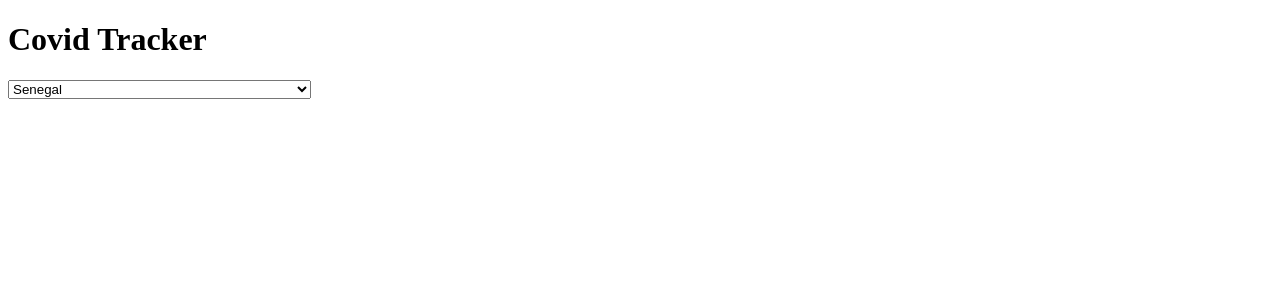
Repository: isopets/react-corona-tracker-app
Page: /
An editor plug-in stored every save of this project. The page is shown before and after a run of saves, followed by the edit.
The browser window is 1280 px wide. The pictures show the whole page.
The project was rebuilt for these pictures with package versions that can differ from the ones it lists, and the page was loaded fresh each time. Also part of the build but not shown: src/App.css.

Above is the page before, as saved 2022-06-16 22:26:26.

### src/App.js
import "./App.css";
import TopPage from "./pages/TopPage";

function App() {
  return (
    <div>
      <TopPage />
    </div>
  );
}

export default App;

### src/pages/TopPage.js
import Title from "../components/Title";
import Selector from "../components/Selector";
const TopPage = () => {
  return (
    <div>
      <Title />
      <Selector />
    </div>
  );
};

export default TopPage;

### src/components/Title.js
const Title = () => {
  return <div><h1>Covid Tracker</h1> </div>;
};

export default Title;

### src/components/Selector.js
import countriesJson from "../countries.json";
const Selector = () => {
  return (
    <div>
      <select>
        {countriesJson.map((country, index) => (
          <option>{country.Country}</option>
        ))}
      </select>
    </div>
  );
};

export default Selector;

### src/countries.json
[{
        "Country": "Senegal",
        "Slug": "senegal",
        "ISO2": "SN"
    },
    {
        "Country": "United States of America",
        "Slug": "united-states",
        "ISO2": "US"
    },
    {
        "Country": "Antigua and Barbuda",
        "Slug": "antigua-and-barbuda",
        "ISO2": "AG"
    },
    {
        "Country": "Greece",
        "Slug": "greece",
        "ISO2": "GR"
    },
    {
        "Country": "Myanmar",
        "Slug": "myanmar",
        "ISO2": "MM"
    },
    {
        "Country": "Angola",
        "Slug": "angola",
        "ISO2": "AO"
    },
    {
        "Country": "British Virgin Islands",
        "Slug": "british-virgin-islands",
        "ISO2": "VG"
    },
    {
        "Country": "Japan",
        "Slug": "japan",
        "ISO2": "JP"
    },
    {
        "Country": "Liechtenstein",
        "Slug": "liechtenstein",
        "ISO2": "LI"
    },
    {
        "Country": "Nigeria",
        "Slug": "nigeria",
        "ISO2": "NG"
    },
    {
        "Country": "Rwanda",
        "Slug": "rwanda",
        "ISO2": "RW"
    },
    {
        "Country": "Vanuatu",
        "Slug": "vanuatu",
        "ISO2": "VU"
    },
    {
        "Country": "Mali",
        "Slug": "mali",
        "ISO2": "ML"
    },
    {
        "Country": "Nauru",
        "Slug": "nauru",
        "ISO2": "NR"
    },
    {
        "Country": "Brazil",
        "Slug": "brazil",
        "ISO2": "BR"
    },
    {
        "Country": "Chile",
        "Slug": "chile",
        "ISO2": "CL"
    },
    {
        "Country": "Cocos (Keeling) Islands",
        "Slug": "cocos-keeling-islands",
        "ISO2": "CC"
    },
    {
        "Country": "Grenada",
        "Slug": "grenada",
        "ISO2": "GD"
    },
    {
        "Country": "Slovenia",
        "Slug": "slovenia",
        "ISO2": "SI"
    },
    {
        "Country": "Virgin Islands, US",
        "Slug": "virgin-islands",
        "ISO2": "VI"
    },
    {
        "Country": "Belize",
        "Slug": "belize",
        "ISO2": "BZ"
    },
    {
        "Country": "Comoros",
        "Slug": "comoros",
        "ISO2": "KM"
    },
    {
        "Country": "Estonia",
        "Slug": "estonia",
        "ISO2": "EE"
    },
    {
        "Country": "Singapore",
        "Slug": "singapore",
        "ISO2": "SG"
    },
    {
        "Country": "Barbados",
        "Slug": "barbados",
        "ISO2": "BB"
    },
    {
        "Country": "Namibia",
        "Slug": "namibia",
        "ISO2": "NA"
    },
    {
        "Country": "Tunisia",
        "Slug": "tunisia",
        "ISO2": "TN"
    },
    {
        "Country": "Central African Republic",
        "Slug": "central-african-republic",
        "ISO2": "CF"
    },
    {
        "Country": "Costa Rica",
        "Slug": "costa-rica",
        "ISO2": "CR"
    },
    {
        "Country": "Jersey",
        "Slug": "jersey",
        "ISO2": "JE"
    },
    {
        "Country": "Romania",
        "Slug": "romania",
        "ISO2": "RO"
    },
    {
        "Country": "Western Sahara",
        "Slug": "western-sahara",
        "ISO2": "EH"
    },
    {
        "Country": "Cameroon",
        "Slug": "cameroon",
        "ISO2": "CM"
    },
    {
        "Country": "Tonga",
        "Slug": "tonga",
        "ISO2": "TO"
    },
    {
        "Country": "American Samoa",
        "Slug": "american-samoa",
        "ISO2": "AS"
    },
    {
        "Country": "Colombia",
        "Slug": "colombia",
        "ISO2": "CO"
    },
    {
        "Country": "Mayotte",
        "Slug": "mayotte",
        "ISO2": "YT"
    },
    {
        "Country": "Uzbekistan",
        "Slug": "uzbekistan",
        "ISO2": "UZ"
    },
    {
        "Country": "Eritrea",
        "Slug": "eritrea",
        "ISO2": "ER"
    },
    {
        "Country": "Mongolia",
        "Slug": "mongolia",
        "ISO2": "MN"
    },
    {
        "Country": "New Caledonia",
        "Slug": "new-caledonia",
        "ISO2": "NC"
    },
    {
        "Country": "Zambia",
        "Slug": "zambia",
        "ISO2": "ZM"
    },
    {
        "Country": "Mexico",
        "Slug": "mexico",
        "ISO2": "MX"
    },
    {
        "Country": "Papua New Guinea",
        "Slug": "papua-new-guinea",
        "ISO2": "PG"
    },
    {
        "Country": "Liberia",
        "Slug": "liberia",
        "ISO2": "LR"
    },
    {
        "Country": "Malaysia",
        "Slug": "malaysia",
        "ISO2": "MY"
    },
    {
        "Country": "Niger",
        "Slug": "niger",
        "ISO2": "NE"
    },
    {
        "Country": "India",
        "Slug": "india",
        "ISO2": "IN"
    },
    {
        "Country": "Guinea",
        "Slug": "guinea",
        "ISO2": "GN"
    },
    {
        "Country": "Malawi",
        "Slug": "malawi",
        "ISO2": "MW"
    },
    {
        "Country": "Maldives",
        "Slug": "maldives",
        "ISO2": "MV"
    },
    {
        "Country": "Uganda",
        "Slug": "uganda",
        "ISO2": "UG"
    },
    {
        "Country": "Dominican Republic",
        "Slug": "dominican-republic",
        "ISO2": "DO"
    },
    {
        "Country": "French Polynesia",
        "Slug": "french-polynesia",
        "ISO2": "PF"
    },
    {
        "Country": "Gabon",
        "Slug": "gabon",
        "ISO2": "GA"
    },
    {
        "Country": "Martinique",
        "Slug": "martinique",
        "ISO2": "MQ"
    },
    {
        "Country": "Niue",
        "Slug": "niue",
        "ISO2": "NU"
    },
    {
        "Country": "San Marino",
        "Slug": "san-marino",
        "ISO2": "SM"
    },
    {
        "Country": "Burkina Faso",
        "Slug": "burkina-faso",
        "ISO2": "BF"
    },
    {
        "Country": "Cape Verde",
        "Slug": "cape-verde",
        "ISO2": "CV"
    },
    {
        "Country": "Guyana",
        "Slug": "guyana",
        "ISO2": "GY"
    },
    {
        "Country": "Kiribati",
        "Slug": "kiribati",
        "ISO2": "KI"
    },
    {
        "Country": "Libya",
        "Slug": "libya",
        "ISO2": "LY"
    },
    {
        "Country": "Mauritius",
        "Slug": "mauritius",
        "ISO2": "MU"
    },
    {
        "Country": "Saint Pierre and Miquelon",
        "Slug": "saint-pierre-and-miquelon",
        "ISO2": "PM"
    },
    {
        "Country": "Belgium",
        "Slug": "belgium",
        "ISO2": "BE"
    },
    {
        "Country": "Thailand",
        "Slug": "thailand",
        "ISO2": "TH"
    },
    {
        "Country": "Dominica",
        "Slug": "dominica",
        "ISO2": "DM"
    },
    {
        "Country": "Netherlands",
        "Slug": "netherlands",
        "ISO2": "NL"
    },
    {
        "Country": "Republic of Kosovo",
        "Slug": "kosovo",
        "ISO2": "XK"
    },
    {
        "Country": "Brunei Darussalam",
        "Slug": "brunei",
        "ISO2": "BN"
    },
    {
        "Country": "Algeria",
        "Slug": "algeria",
        "ISO2": "DZ"
    },
    {
        "Country": "Anguilla",
        "Slug": "anguilla",
        "ISO2": "AI"
    },
    {
        "Country": "Croatia",
        "Slug": "croatia",
        "ISO2": "HR"
    },
    {
        "Country": "Faroe Islands",
        "Slug": "faroe-islands",
        "ISO2": "FO"
    },
    {
        "Country": "Saint Helena",
        "Slug": "saint-helena",
        "ISO2": "SH"
    },
    {
        "Country": "Saint Kitts and Nevis",
        "Slug": "saint-kitts-and-nevis",
        "ISO2": "KN"
    },
    {
        "Country": "Serbia",
        "Slug": "serbia",
        "ISO2": "RS"
    },
    {
        "Country": "Egypt",
        "Slug": "egypt",
        "ISO2": "EG"
    },
    {
        "Country": "Israel",
        "Slug": "israel",
        "ISO2": "IL"
    },
    {
        "Country": "Uruguay",
        "Slug": "uruguay",
        "ISO2": "UY"
    },
    {
        "Country": "British Indian Ocean Territory",
        "Slug": "british-indian-ocean-territory",
        "ISO2": "IO"
    },
    {
        "Country": "Isle of Man",
        "Slug": "isle-of-man",
        "ISO2": "IM"
    },
    {
        "Country": "Korea (North)",
        "Slug": "korea-north",
        "ISO2": "KP"
    },
    {
        "Country": "Macedonia, Republic of",
        "Slug": "macedonia",
        "ISO2": "MK"
    },
    {
        "Country": "Marshall Islands",
        "Slug": "marshall-islands",
        "ISO2": "MH"
    },
    {
        "Country": "Slovakia",
        "Slug": "slovakia",
        "ISO2": "SK"
    },
    {
        "Country": "South Africa",
        "Slug": "south-africa",
        "ISO2": "ZA"
    },
    {
        "Country": "Turkey",
        "Slug": "turkey",
        "ISO2": "TR"
    },
    {
        "Country": "Spain",
        "Slug": "spain",
        "ISO2": "ES"
    },
    {
        "Country": "Sweden",
        "Slug": "sweden",
        "ISO2": "SE"
    },
    {
        "Country": "Switzerland",
        "Slug": "switzerland",
        "ISO2": "CH"
    },
    {
        "Country": "Cayman Islands",
        "Slug": "cayman-islands",
        "ISO2": "KY"
    },
    {
        "Country": "Hong Kong, SAR China",
        "Slug": "hong-kong-sar-china",
        "ISO2": "HK"
    },
    {
        "Country": "Bangladesh",
        "Slug": "bangladesh",
        "ISO2": "BD"
    },
    {
        "Country": "Lebanon",
        "Slug": "lebanon",
        "ISO2": "LB"
    },
    {
        "Country": "Saint Lucia",
        "Slug": "saint-lucia",
        "ISO2": "LC"
    },
    {
        "Country": "Saint Vincent and Grenadines",
        "Slug": "saint-vincent-and-the-grenadines",
        "ISO2": "VC"
    },
    {
        "Country": "Solomon Islands",
        "Slug": "solomon-islands",
        "ISO2": "SB"
    },
    {
        "Country": "Afghanistan",
        "Slug": "afghanistan",
        "ISO2": "AF"
    },
    {
        "Country": "Georgia",
        "Slug": "georgia",
        "ISO2": "GE"
    },
    {
        "Country": "Jamaica",
        "Slug": "jamaica",
        "ISO2": "JM"
    },
    {
        "Country": "Antarctica",
        "Slug": "antarctica",
        "ISO2": "AQ"
    },
    {
        "Country": "Denmark",
        "Slug": "denmark",
        "ISO2": "DK"
    },
    {
        "Country": "Ecuador",
        "Slug": "ecuador",
        "ISO2": "EC"
    },
    {
        "Country": "Sri Lanka",
        "Slug": "sri-lanka",
        "ISO2": "LK"
    },
    {
        "Country": "Guam",
        "Slug": "guam",
        "ISO2": "GU"
    },
    {
        "Country": "Saint-Barthélemy",
        "Slug": "saint-barthélemy",
        "ISO2": "BL"
    },
    {
        "Country": "ALA Aland Islands",
        "Slug": "ala-aland-islands",
        "ISO2": "AX"
    },
    {
        "Country": "Czech Republic",
        "Slug": "czech-republic",
        "ISO2": "CZ"
    },
    {
        "Country": "Lithuania",
        "Slug": "lithuania",
        "ISO2": "LT"
    },
    {
        "Country": "Tuvalu",
        "Slug": "tuvalu",
        "ISO2": "TV"
    },
    {
        "Country": "Azerbaijan",
        "Slug": "azerbaijan",
        "ISO2": "AZ"
    },
    {
        "Country": "Luxembourg",
        "Slug": "luxembourg",
        "ISO2": "LU"
    },
    {
        "Country": "Ethiopia",
        "Slug": "ethiopia",
        "ISO2": "ET"
    },
    {
        "Country": "Armenia",
        "Slug": "armenia",
        "ISO2": "AM"
    },
    {
        "Country": "Bahamas",
        "Slug": "bahamas",
        "ISO2": "BS"
    },
    {
        "Country": "Germany",
        "Slug": "germany",
        "ISO2": "DE"
    },
    {
        "Country": "Malta",
        "Slug": "malta",
        "ISO2": "MT"
    },
    {
        "Country": "Argentina",
        "Slug": "argentina",
        "ISO2": "AR"
    },
    {
        "Country": "Bhutan",
        "Slug": "bhutan",
        "ISO2": "BT"
    },
    {
        "Country": "Cuba",
        "Slug": "cuba",
        "ISO2": "CU"
    },
    {
        "Country": "Kuwait",
        "Slug": "kuwait",
        "ISO2": "KW"
    },
    {
        "Country": "Latvia",
        "Slug": "latvia",
        "ISO2": "LV"
    },
    {
        "Country": "Peru",
        "Slug": "peru",
        "ISO2": "PE"
    },
    {
        "Country": "Northern Mariana Islands",
        "Slug": "northern-mariana-islands",
        "ISO2": "MP"
    },
    {
        "Country": "Palau",
        "Slug": "palau",
        "ISO2": "PW"
    },
    {
        "Country": "Syrian Arab Republic (Syria)",
        "Slug": "syria",
        "ISO2": "SY"
    },
    {
        "Country": "Viet Nam",
        "Slug": "vietnam",
        "ISO2": "VN"
    },
    {
        "Country": "El Salvador",
        "Slug": "el-salvador",
        "ISO2": "SV"
    },
    {
        "Country": "Falkland Islands (Malvinas)",
        "Slug": "falkland-islands-malvinas",
        "ISO2": "FK"
    },
    {
        "Country": "Fiji",
        "Slug": "fiji",
        "ISO2": "FJ"
    },
    {
        "Country": "Gibraltar",
        "Slug": "gibraltar",
        "ISO2": "GI"
    },
    {
        "Country": "Micronesia, Federated States of",
        "Slug": "micronesia",
        "ISO2": "FM"
    },
    {
        "Country": "Nepal",
        "Slug": "nepal",
        "ISO2": "NP"
    },
    {
        "Country": "Bolivia",
        "Slug": "bolivia",
        "ISO2": "BO"
    },
    {
        "Country": "Wallis and Futuna Islands",
        "Slug": "wallis-and-futuna-islands",
        "ISO2": "WF"
    },
    {
        "Country": "Burundi",
        "Slug": "burundi",
        "ISO2": "BI"
    },
    {
        "Country": "Honduras",
        "Slug": "honduras",
        "ISO2": "HN"
    },
    {
        "Country": "Hungary",
        "Slug": "hungary",
        "ISO2": "HU"
    },
    {
        "Country": "Somalia",
        "Slug": "somalia",
        "ISO2": "SO"
    },
    {
        "Country": "Timor-Leste",
        "Slug": "timor-leste",
        "ISO2": "TL"
    },
    {
        "Country": "Turks and Caicos Islands",
        "Slug": "turks-and-caicos-islands",
        "ISO2": "TC"
    },
    {
        "Country": "Djibouti",
        "Slug": "djibouti",
        "ISO2": "DJ"
    },
    {
        "Country": "Paraguay",
        "Slug": "paraguay",
        "ISO2": "PY"
    },
    {
        "Country": "Sierra Leone",
        "Slug": "sierra-leone",
        "ISO2": "SL"
    },
    {
        "Country": "Sudan",
        "Slug": "sudan",
        "ISO2": "SD"
    },
    {
        "Country": "Côte d'Ivoire",
        "Slug": "cote-divoire",
        "ISO2": "CI"
    },
    {
        "Country": "Netherlands Antilles",
        "Slug": "netherlands-antilles",
        "ISO2": "AN"
    },
    {
        "Country": "Nicaragua",
        "Slug": "nicaragua",
        "ISO2": "NI"
    },
    {
        "Country": "Pakistan",
        "Slug": "pakistan",
        "ISO2": "PK"
    },
    {
        "Country": "Puerto Rico",
        "Slug": "puerto-rico",
        "ISO2": "PR"
    },
    {
        "Country": "Sao Tome and Principe",
        "Slug": "sao-tome-and-principe",
        "ISO2": "ST"
    },
    {
        "Country": "Italy",
        "Slug": "italy",
        "ISO2": "IT"
    },
    {
        "Country": "Bouvet Island",
        "Slug": "bouvet-island",
        "ISO2": "BV"
    },
    {
        "Country": "Bulgaria",
        "Slug": "bulgaria",
        "ISO2": "BG"
    },
    {
        "Country": "Cook Islands",
        "Slug": "cook-islands",
        "ISO2": "CK"
    },
    {
        "Country": "Turkmenistan",
        "Slug": "turkmenistan",
        "ISO2": "TM"
    },
    {
        "Country": "Aruba",
        "Slug": "aruba",
        "ISO2": "AW"
    },
    {
        "Country": "Montenegro",
        "Slug": "montenegro",
        "ISO2": "ME"
    },
    {
        "Country": "Morocco",
        "Slug": "morocco",
        "ISO2": "MA"
    },
    {
        "Country": "Russian Federation",
        "Slug": "russia",
        "ISO2": "RU"
    },
    {
        "Country": "Equatorial Guinea",
        "Slug": "equatorial-guinea",
        "ISO2": "GQ"
    },
    {
        "Country": "Qatar",
        "Slug": "qatar",
        "ISO2": "QA"
    },
    {
        "Country": "Greenland",
        "Slug": "greenland",
        "ISO2": "GL"
    },
    {
        "Country": "Palestinian Territory",
        "Slug": "palestine",
        "ISO2": "PS"
    },
    {
        "Country": "Réunion",
        "Slug": "réunion",
        "ISO2": "RE"
    },
    {
        "Country": "Seychelles",
        "Slug": "seychelles",
        "ISO2": "SC"
    },
    {
        "Country": "Tajikistan",
        "Slug": "tajikistan",
        "ISO2": "TJ"
    },
    {
        "Country": "Montserrat",
        "Slug": "montserrat",
        "ISO2": "MS"
    },
    {
        "Country": "United Arab Emirates",
        "Slug": "united-arab-emirates",
        "ISO2": "AE"
    },
    {
        "Country": "Guatemala",
        "Slug": "guatemala",
        "ISO2": "GT"
    },
    {
        "Country": "Madagascar",
        "Slug": "madagascar",
        "ISO2": "MG"
    },
    {
        "Country": "Bosnia and Herzegovina",
        "Slug": "bosnia-and-herzegovina",
        "ISO2": "BA"
    },
    {
        "Country": "Trinidad and Tobago",
        "Slug": "trinidad-and-tobago",
        "ISO2": "TT"
    },
    {
        "Country": "United Kingdom",
        "Slug": "united-kingdom",
        "ISO2": "GB"
    },
    {
        "Country": "Finland",
        "Slug": "finland",
        "ISO2": "FI"
    },
    {
        "Country": "Kyrgyzstan",
        "Slug": "kyrgyzstan",
        "ISO2": "KG"
    },
    {
        "Country": "Macao, SAR China",
        "Slug": "macao-sar-china",
        "ISO2": "MO"
    },
    {
        "Country": "Moldova",
        "Slug": "moldova",
        "ISO2": "MD"
    },
    {
        "Country": "Botswana",
        "Slug": "botswana",
        "ISO2": "BW"
    },
    {
        "Country": "Korea (South)",
        "Slug": "korea-south",
        "ISO2": "KR"
    },
    {
        "Country": "Oman",
        "Slug": "oman",
        "ISO2": "OM"
    },
    {
        "Country": "Saudi Arabia",
        "Slug": "saudi-arabia",
        "ISO2": "SA"
    },
    {
        "Country": "South Georgia and the South Sandwich Islands",
        "Slug": "south-georgia-and-the-south-sandwich-islands",
        "ISO2": "GS"
    },
    {
        "Country": "Swaziland",
        "Slug": "swaziland",
        "ISO2": "SZ"
    },
    {
        "Country": "China",
        "Slug": "china",
        "ISO2": "CN"
    },
    {
        "Country": "Bermuda",
        "Slug": "bermuda",
        "ISO2": "BM"
    },
    {
        "Country": "Iceland",
        "Slug": "iceland",
        "ISO2": "IS"
    },
    {
        "Country": "Christmas Island",
        "Slug": "christmas-island",
        "ISO2": "CX"
    },
    {
        "Country": "Congo (Brazzaville)",
        "Slug": "congo-brazzaville",
        "ISO2": "CG"
    },
    {
        "Country": "Kazakhstan",
        "Slug": "kazakhstan",
        "ISO2": "KZ"
    },
    {
        "Country": "Taiwan, Republic of China",
        "Slug": "taiwan",
        "ISO2": "TW"
    },
    {
        "Country": "Togo",
        "Slug": "togo",
        "ISO2": "TG"
    },
    {
        "Country": "Venezuela (Bolivarian Republic)",
        "Slug": "venezuela",
        "ISO2": "VE"
    },
    {
        "Country": "Tanzania, United Republic of",
        "Slug": "tanzania",
        "ISO2": "TZ"
    },
    {
        "Country": "US Minor Outlying Islands",
        "Slug": "us-minor-outlying-islands",
        "ISO2": "UM"
    },
    {
        "Country": "Saint-Martin (French part)",
        "Slug": "saint-martin-french-part",
        "ISO2": "MF"
    },
    {
        "Country": "Albania",
        "Slug": "albania",
        "ISO2": "AL"
    },
    {
        "Country": "Heard and Mcdonald Islands",
        "Slug": "heard-and-mcdonald-islands",
        "ISO2": "HM"
    },
    {
        "Country": "Austria",
        "Slug": "austria",
        "ISO2": "AT"
    },
    {
        "Country": "Panama",
        "Slug": "panama",
        "ISO2": "PA"
    },
    {
        "Country": "Iraq",
        "Slug": "iraq",
        "ISO2": "IQ"
    },
    {
        "Country": "Ireland",
        "Slug": "ireland",
        "ISO2": "IE"
    },
    {
        "Country": "Mozambique",
        "Slug": "mozambique",
        "ISO2": "MZ"
    },
    {
        "Country": "Philippines",
        "Slug": "philippines",
        "ISO2": "PH"
    },
    {
        "Country": "Ukraine",
        "Slug": "ukraine",
        "ISO2": "UA"
    },
    {
        "Country": "Ghana",
        "Slug": "ghana",
        "ISO2": "GH"
    },
    {
        "Country": "Mauritania",
        "Slug": "mauritania",
        "ISO2": "MR"
    },
    {
        "Country": "Norway",
        "Slug": "norway",
        "ISO2": "NO"
    },
    {
        "Country": "Chad",
        "Slug": "chad",
        "ISO2": "TD"
    },
    {
        "Country": "Kenya",
        "Slug": "kenya",
        "ISO2": "KE"
    },
    {
        "Country": "Lao PDR",
        "Slug": "lao-pdr",
        "ISO2": "LA"
    },
    {
        "Country": "Svalbard and Jan Mayen Islands",
        "Slug": "svalbard-and-jan-mayen-islands",
        "ISO2": "SJ"
    },
    {
        "Country": "Benin",
        "Slug": "benin",
        "ISO2": "BJ"
    },
    {
        "Country": "Samoa",
        "Slug": "samoa",
        "ISO2": "WS"
    },
    {
        "Country": "South Sudan",
        "Slug": "south-sudan",
        "ISO2": "SS"
    },
    {
        "Country": "Belarus",
        "Slug": "belarus",
        "ISO2": "BY"
    },
    {
        "Country": "Cambodia",
        "Slug": "cambodia",
        "ISO2": "KH"
    },
    {
        "Country": "Cyprus",
        "Slug": "cyprus",
        "ISO2": "CY"
    },
    {
        "Country": "Jordan",
        "Slug": "jordan",
        "ISO2": "JO"
    },
    {
        "Country": "Portugal",
        "Slug": "portugal",
        "ISO2": "PT"
    },
    {
        "Country": "Bahrain",
        "Slug": "bahrain",
        "ISO2": "BH"
    },
    {
        "Country": "Suriname",
        "Slug": "suriname",
        "ISO2": "SR"
    },
    {
        "Country": "Andorra",
        "Slug": "andorra",
        "ISO2": "AD"
    },
    {
        "Country": "Guernsey",
        "Slug": "guernsey",
        "ISO2": "GG"
    },
    {
        "Country": "New Zealand",
        "Slug": "new-zealand",
        "ISO2": "NZ"
    },
    {
        "Country": "Pitcairn",
        "Slug": "pitcairn",
        "ISO2": "PN"
    },
    {
        "Country": "Tokelau",
        "Slug": "tokelau",
        "ISO2": "TK"
    },
    {
        "Country": "French Southern Territories",
        "Slug": "french-southern-territories",
        "ISO2": "TF"
    },
    {
        "Country": "Congo (Kinshasa)",
        "Slug": "congo-kinshasa",
        "ISO2": "CD"
    },
    {
        "Country": "French Guiana",
        "Slug": "french-guiana",
        "ISO2": "GF"
    },
    {
        "Country": "Guinea-Bissau",
        "Slug": "guinea-bissau",
        "ISO2": "GW"
    },
    {
        "Country": "Haiti",
        "Slug": "haiti",
        "ISO2": "HT"
    },
    {
        "Country": "Holy See (Vatican City State)",
        "Slug": "holy-see-vatican-city-state",
        "ISO2": "VA"
    },
    {
        "Country": "Zimbabwe",
        "Slug": "zimbabwe",
        "ISO2": "ZW"
    },
    {
        "Country": "Australia",
        "Slug": "australia",
        "ISO2": "AU"
    },
    {
        "Country": "France",
        "Slug": "france",
        "ISO2": "FR"
    },
    {
        "Country": "Gambia",
        "Slug": "gambia",
        "ISO2": "GM"
    },
    {
        "Country": "Indonesia",
        "Slug": "indonesia",
        "ISO2": "ID"
    },
    {
        "Country": "Iran, Islamic Republic of",
        "Slug": "iran",
        "ISO2": "IR"
    },
    {
        "Country": "Monaco",
        "Slug": "monaco",
        "ISO2": "MC"
    },
    {
        "Country": "Norfolk Island",
        "Slug": "norfolk-island",
        "ISO2": "NF"
    },
    {
        "Country": "Canada",
        "Slug": "canada",
        "ISO2": "CA"
    },
    {
        "Country": "Guadeloupe",
        "Slug": "guadeloupe",
        "ISO2": "GP"
    },
    {
        "Country": "Lesotho",
        "Slug": "lesotho",
        "ISO2": "LS"
    },
    {
        "Country": "Poland",
        "Slug": "poland",
        "ISO2": "PL"
    },
    {
        "Country": "Yemen",
        "Slug": "yemen",
        "ISO2": "YE"
    }
]

Loaded but not shown: public/index.html (common file); src/index.js (common file)

After the next 5 saves:
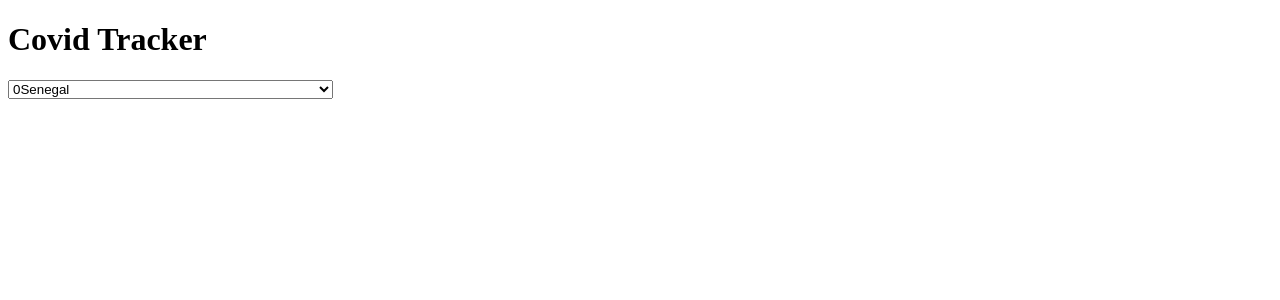
The 5 saves are shown as one change because they came seconds apart.
The last was saved 44 s later.
--- a/src/components/Selector.js
+++ b/src/components/Selector.js
@@ -4,7 +4,10 @@ const Selector = () => {
     <div>
       <select>
         {countriesJson.map((country, index) => (
-          <option>{country.Country}</option>
+          <option>
+            {index}
+            {country.Country}
+          </option>
         ))}
       </select>
     </div>
